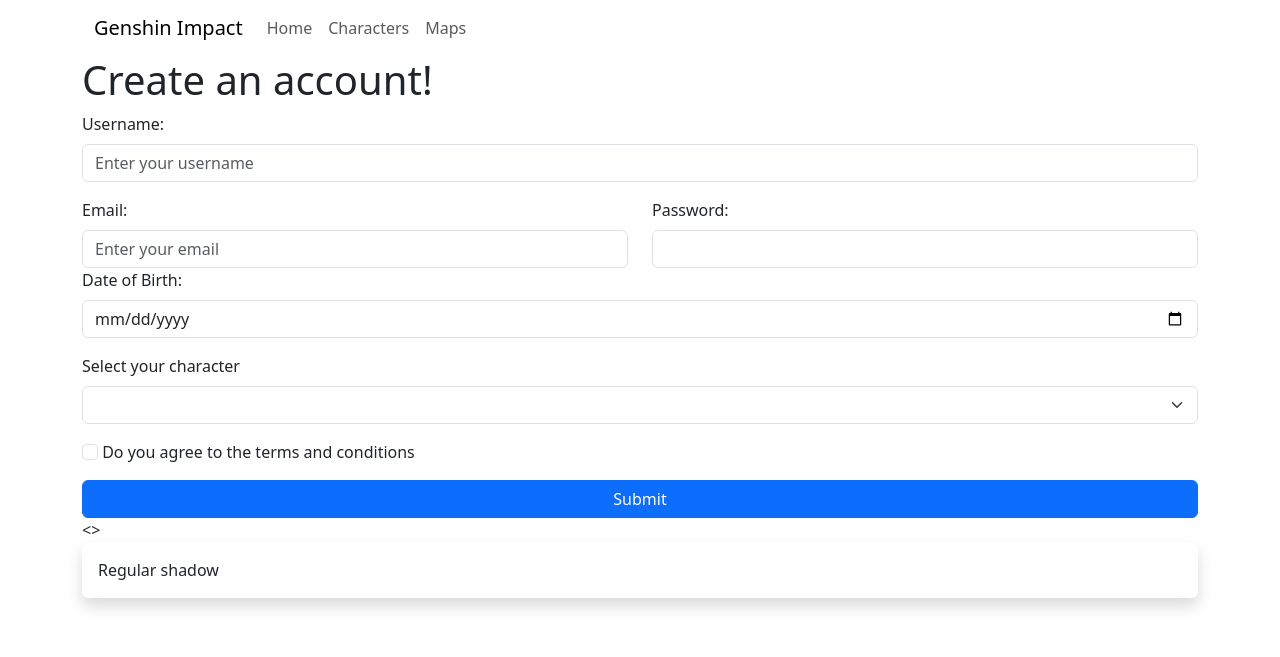
Repository: pendragons-code/BootStrap-Lesson
Page: static/html/genshin_account.html
The author's editor kept a copy of each file at every save. The page is drawn from the files as they stood at one save, then again after the next save.
The browser window is 1280 px wide. The pictures show the whole page.
The page's requests for data from a server got no answer.

Above is the page before, as saved 2024-07-22 12:57:31.

After the next save:
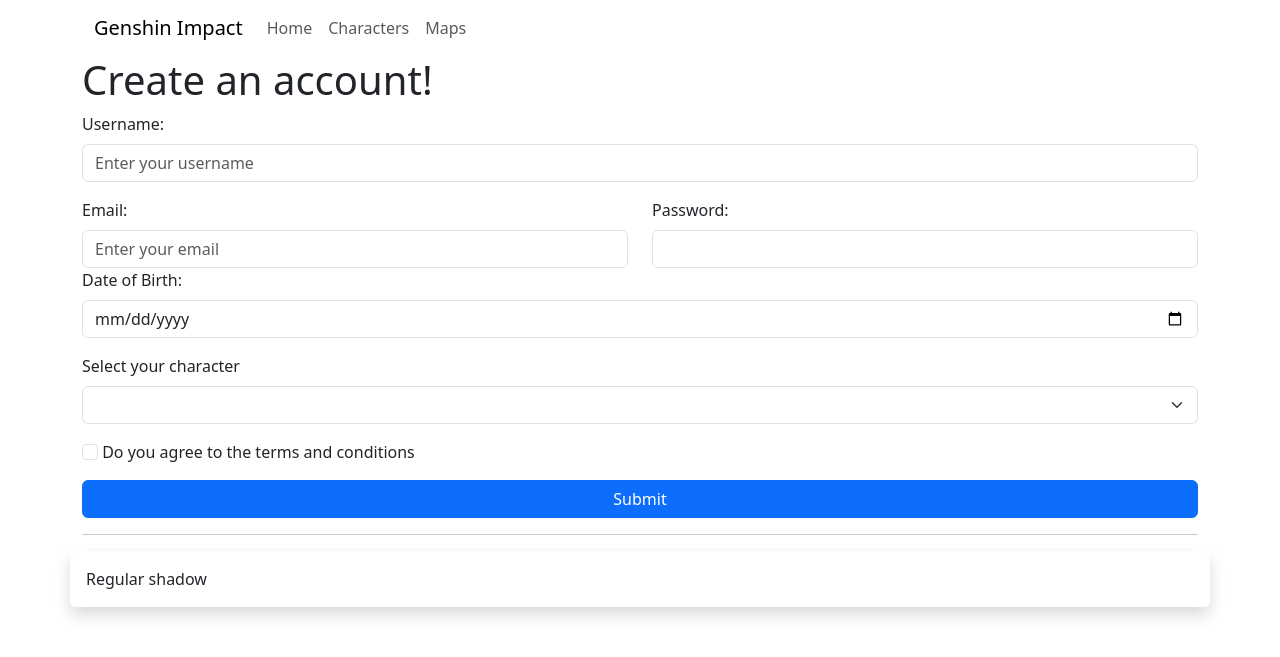
Saved 7 s later.
--- a/static/html/genshin_account.html
+++ b/static/html/genshin_account.html
@@ -100,7 +100,8 @@
 
 	</form>
 	<div class="container">
-		<>
+		<hr>
+		<div class="row">
 <div class="shadow p-3 mb-5 bg-body rounded">Regular shadow</div>
 	</div>
 </body>
